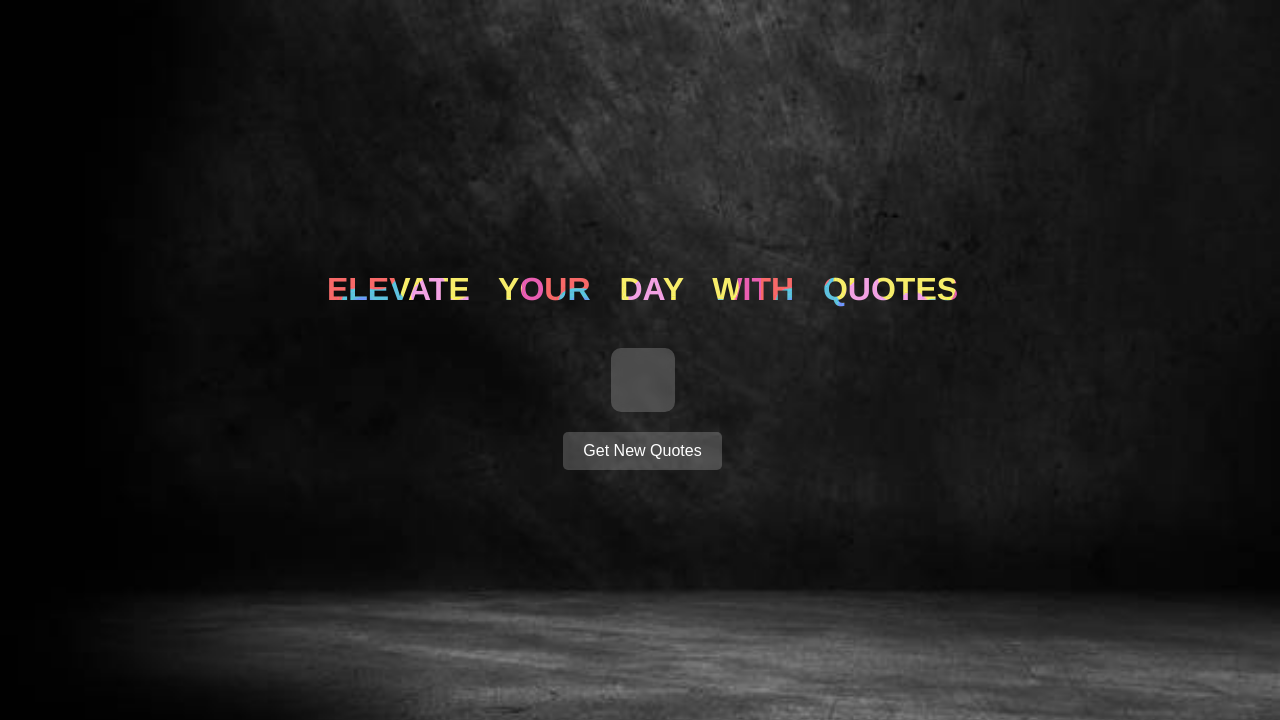
Repository: Bhavik-Sanghar/Quote-app
Page: /
The author's editor kept a copy of each file at every save. The page is drawn from the files as they stood at one save, then again after the next save.
The browser window is 1280 px wide. The pictures show the whole page.
The page's requests for data from a server got no answer. The project was rebuilt for these pictures with package versions that can differ from the ones it lists, and the page was loaded fresh each time. No one was signed in, and anything a server would have sent is missing. Also part of the build but not shown: src/styles.css.

Above is the page before, as saved 2023-08-18 17:20:22.

### src/App.js
import React from 'react';
import './styles.css';
import QuoteComponent from './components/NewQuote'

function App() {
  return (
    <div className="App">

      <QuoteComponent/>


    </div>
  );
}

export default App;

### src/components/NewQuote.js
import React, { useEffect, useState } from "react";
import axios from "axios";
import './New.css'

const QuoteComponent = () => {
  const [quotes, setQuotes] = useState([]);
  const category = "inspirational";
  const apiKey = "EgtS4gqLsbjvHM2bBjKwBA==PYmsGLFQFXQzq0Na";

  useEffect(() => {
    fetchQuotes();
  }, []);

  const fetchQuotes = async () => {
    try {
      const response = await axios.get(
        `https://api.api-ninjas.com/v1/quotes?category=${category}&limit=1`, // Fetching 5 quotes
        {
          headers: { "X-Api-Key": apiKey },
        }
      );
      setQuotes(response.data);
    } catch (error) {
      console.error("Error: ", error);
    }
  };

  const handleFetchNewQuotes = () => {
    setQuotes([]); // Clear previous quotes immediately
    fetchQuotes();
  };

  return (
    <div className="quote-container">
      <h1>Elevate Your Day with Quotes</h1>
      <div className="card-container">
        {quotes.map((quote, index) => (
          <div key={index} className="card">
            <p className="quote-text">{quote.quote}</p>
            <p className="author">- {quote.author}</p>
          </div>
        ))}
      </div>
      <button className="fetch-button" onClick={handleFetchNewQuotes}>
        Get New Quotes
      </button>
    </div>
  );
};

export default QuoteComponent;

### src/components/New.css
.quote-container {
  padding: auto;
  padding-left: 5px;
  display: flex;
  flex-direction: column;
  justify-content: center;
  align-items: center;
  min-height: 100vh;
  background-image: url(./bg2.jpg);
  background-size: cover;
  color: white;
  position: relative; /* Required for positioning pseudo-element */
  overflow: hidden; /* Hide overflowing pseudo-element content */
}

.quote-container h1 {
  z-index: 2;
  margin: 20px;
  background-image: url(./h1.jpg);
  background-repeat: repeat;
  opacity: 0;
  -webkit-background-clip: text;
  -webkit-text-fill-color: transparent;
  text-align: center;
  word-spacing: 20px;
  font-weight: bold;
  text-transform: uppercase;
  font-family: "Steelfish Rg", "helvetica neue";
  font-weight: 800;
  -webkit-font-smoothing: antialiased;
  transition: background-color 0.3s ease-in-out;
  animation: fadeInHeading 2s ease-in-out 0.5s forwards;
}

.card:hover {
  /* Example animation - scale up on hover */
  transform: scale(1.05);
  transition: transform 0.3s ease-in-out;
}

.author:hover {
  /* Example animation - change text color on hover */
  color: #00e5ff; /* Change to your desired color */
  transition: color 0.3s ease-in-out;
}
.quote-container h1:hover {
  font-size: 2.2em;
  transition: font-size 0.3s ease-in-out;
}

.fetch-button {
  opacity: 0;
  animation: fadeInQuotes 3s ease-in-out 1s forwards;
  background-color: hsla(0, 0%, 100%, 0.2);
  border: none;
  color: white;
  cursor: pointer;
  font-size: 16px;
  padding: 10px 20px;
  border-radius: 5px;
  transition: background-color 0.3s ease-in-out;
}

.fetch-button:hover {
  background-color: rgba(255, 255, 255, 0.1);
}

.card-container {
  opacity: 0;
  z-index: 2;
  margin: 20px;
  backdrop-filter: blur(5px);
  background-color: hsla(0, 0%, 100%, 0.2);
  border-radius: 10px;
  padding: 2rem;
  font-size: larger;
  font-family: "Times New Roman", Times, serif;
  opacity: 0; /* Set initial opacity to 0 */
  animation: fadeInQuotes 3s ease-in-out 1s forwards,
    fadeInBackground 3s ease-in-out 1s forwards;
  position: relative; /* Ensure proper z-index behavior */
}

@keyframes fadeInHeading {
  from {
    opacity: 0;
    transform: translateY(-20px);
  }
  to {
    opacity: 1;
    transform: translateY(0);
  }
}

@keyframes fadeInQuotes {
  from {
    opacity: 0;
    transform: translateY(20px);
  }
  to {
    opacity: 1;
    transform: translateY(0);
  }
}

@keyframes fadeInBackground {
  from {
    opacity: 0;
  }
  to {
    opacity: 1;
  }
}

Loaded but not shown: public/index.html (common file); src/index.js (common file); src/index.css (common file); src/reportWebVitals.js (common file)

After the next save:
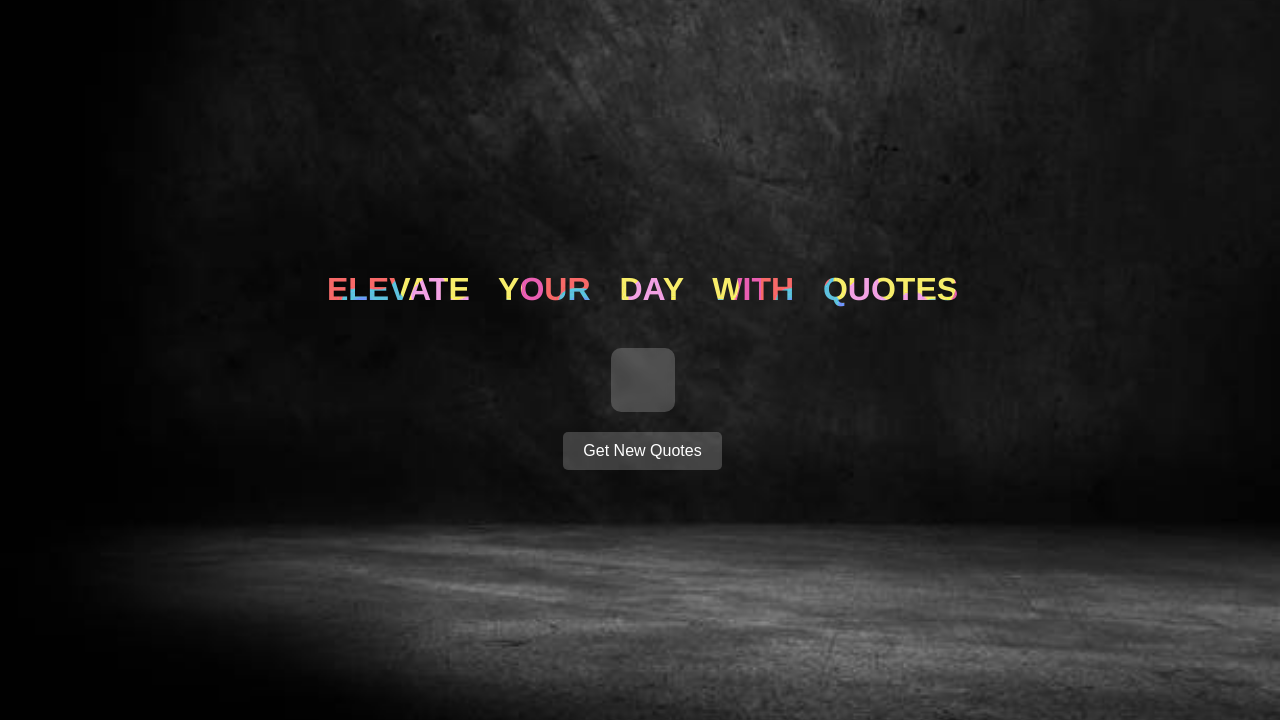
Saved 33 s later.
--- a/src/components/New.css
+++ b/src/components/New.css
@@ -8,6 +8,8 @@
   min-height: 100vh;
   background-image: url(./bg2.jpg);
   background-size: cover;
+  background-repeat: no-repeat; /* Prevent the background from repeating */
+  background-position: center; /* Center the background image */
   color: white;
   position: relative; /* Required for positioning pseudo-element */
   overflow: hidden; /* Hide overflowing pseudo-element content */

After the save that followed:
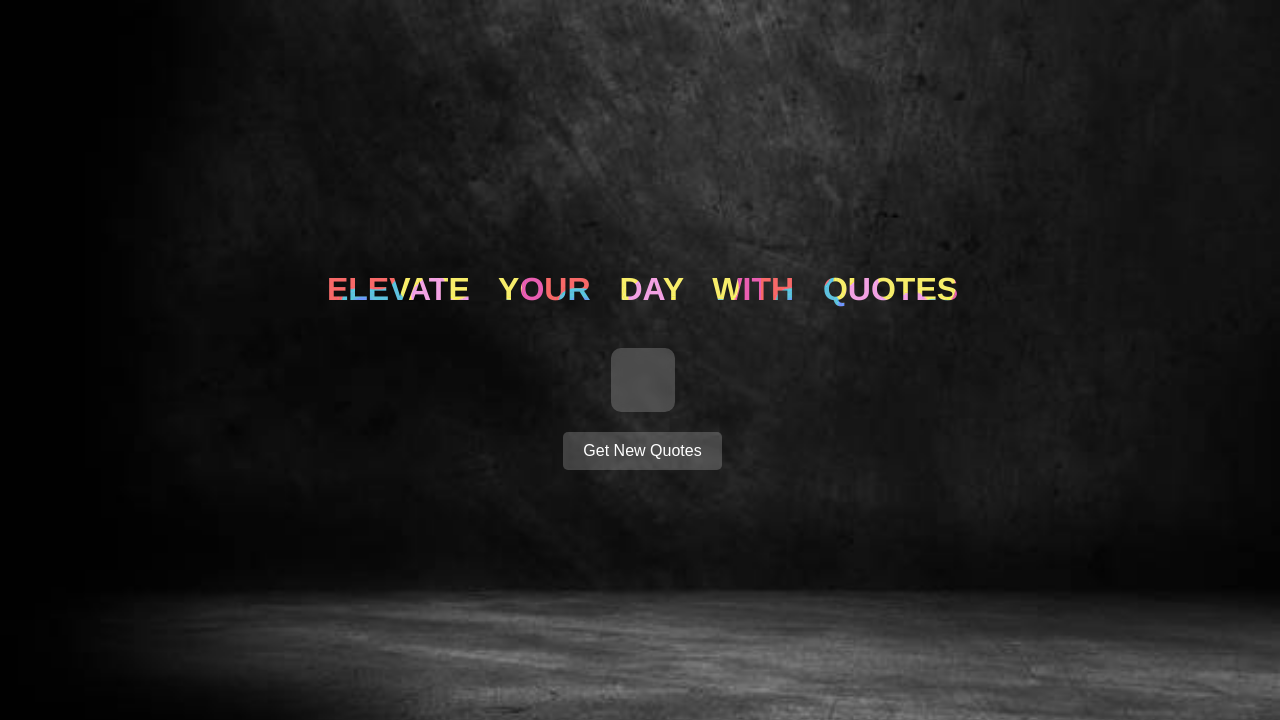
Saved 18 s later.
--- a/src/components/New.css
+++ b/src/components/New.css
@@ -9,7 +9,7 @@
   background-image: url(./bg2.jpg);
   background-size: cover;
   background-repeat: no-repeat; /* Prevent the background from repeating */
-  background-position: center; /* Center the background image */
+  background-position: top; /* Center the background image */
   color: white;
   position: relative; /* Required for positioning pseudo-element */
   overflow: hidden; /* Hide overflowing pseudo-element content */
